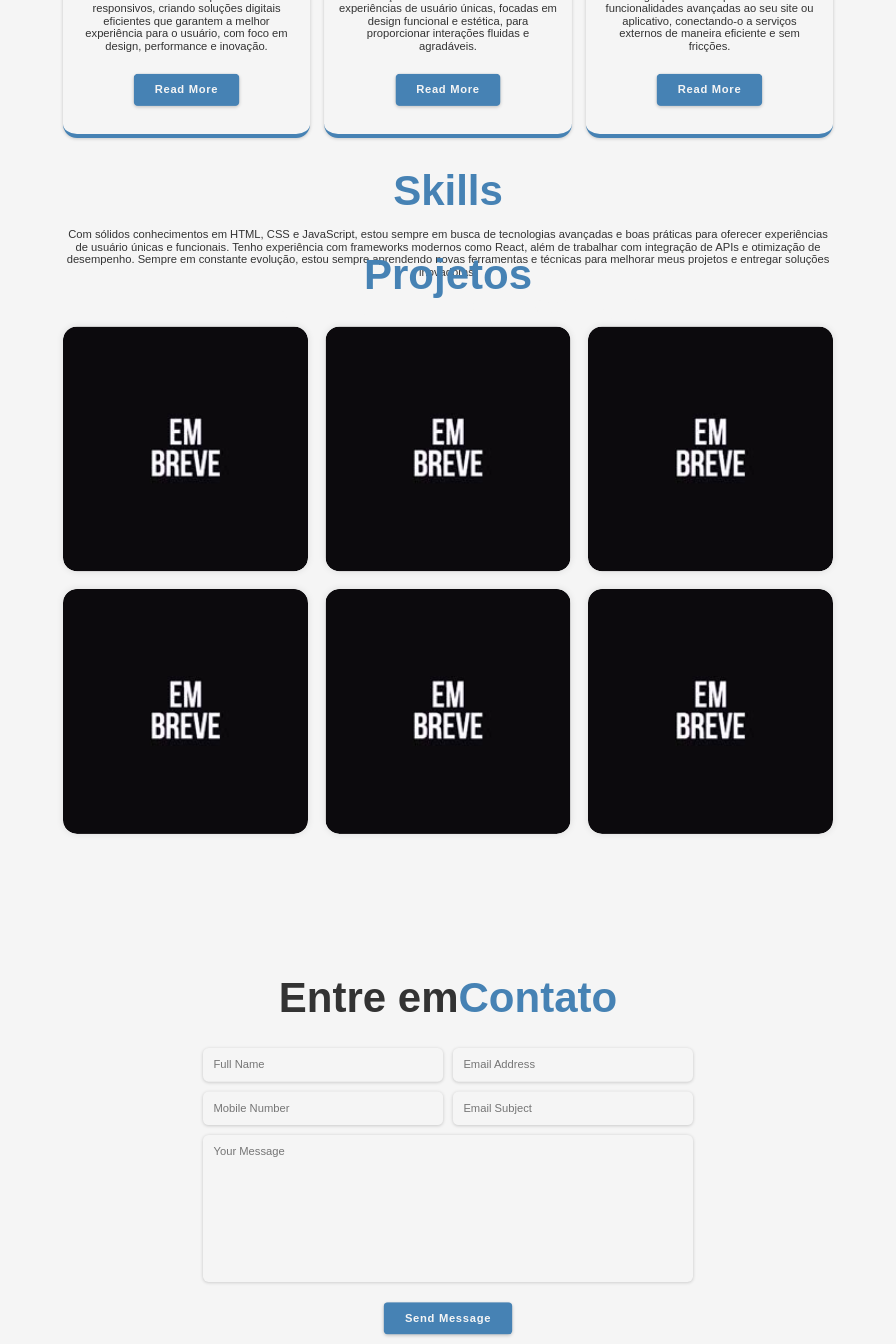
Repository: AliciaKathleen/portfolio-2025
Page: index.html
The author's editor kept a copy of each file at every save. The page is drawn from the files as they stood at one save, then again after the next save.
The browser window is 1280 px wide. The pictures show the part of the page from y = 1805 to 3725 px (the page is 3896 px tall before and 4796 px after), at 70% of full size.

Above is the page before, as saved 2025-01-27 17:05:34.
Console error: TypeError: Cannot read properties of null (reading 'classList')

After the next save:
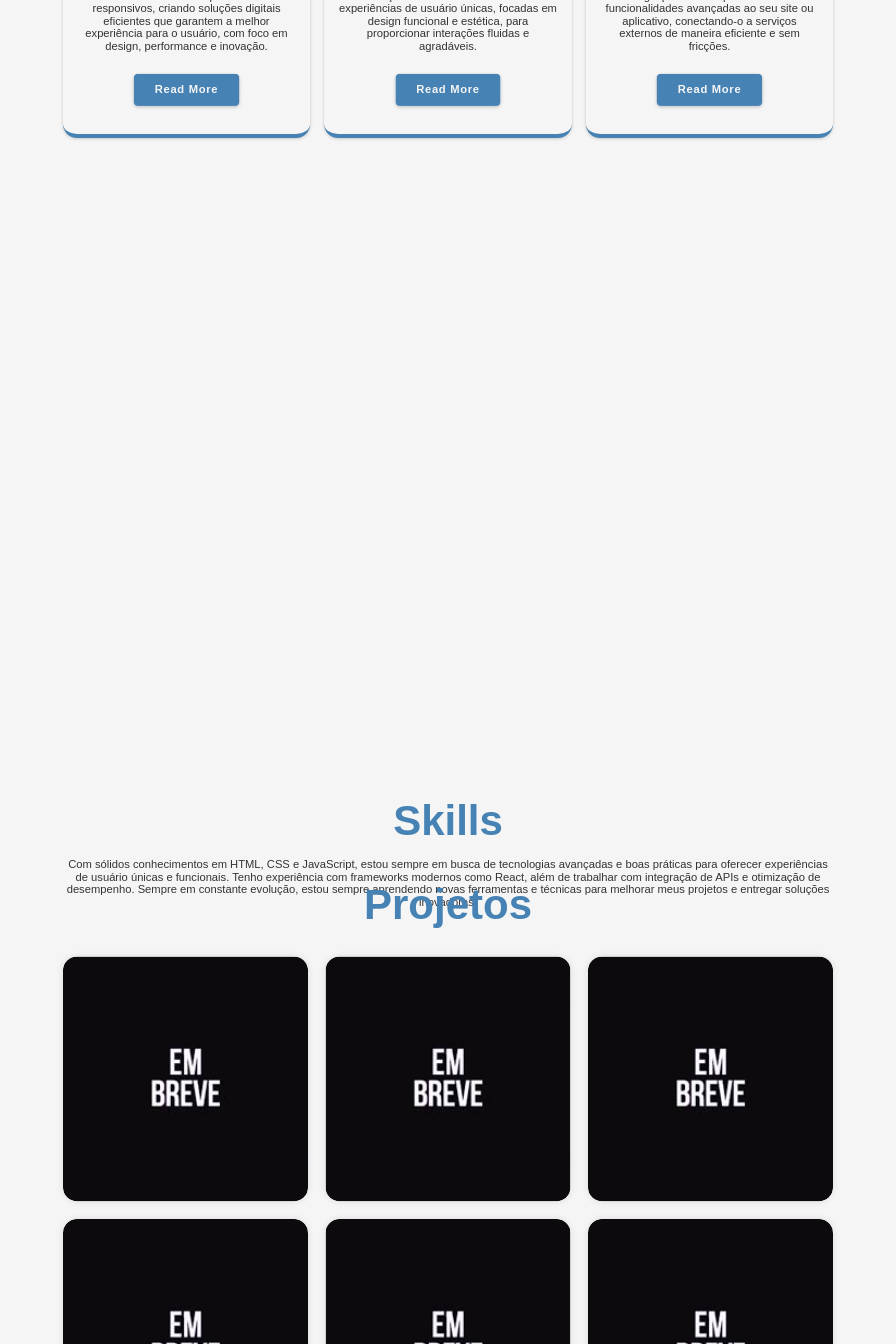
Saved 13 s later.
--- a/style.css
+++ b/style.css
@@ -296,7 +296,7 @@ span {
 
 .services {
     min-height: auto;
-    padding-bottom: 10rem;
+    padding-bottom: 100rem;
     margin-top: -10rem;
 }
 
